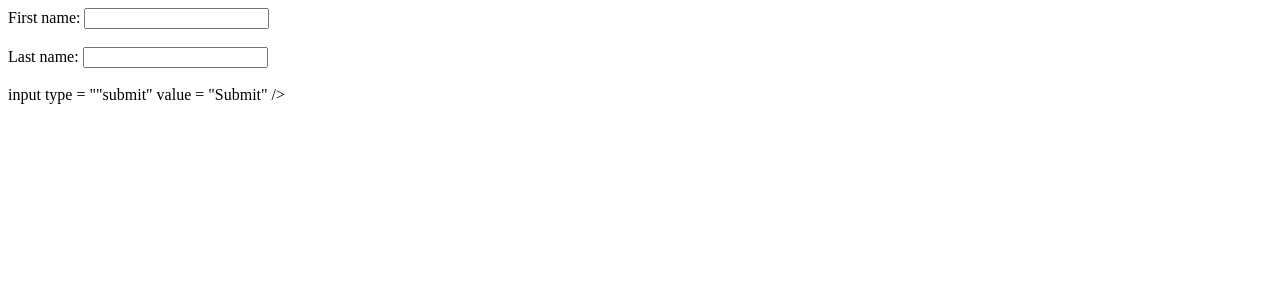
Repository: minnukanch/Spring-learners-code
Page: jspdemo/WebContent/student-checkbox-form.html
These files come from the project's save history. The page is drawn as it stood at one moment and after the next save; the edit follows.
The browser window is 1280 px wide. The pictures show the whole page.

Above is the page before, as saved 2019-09-25 21:19:45.

After the next save:
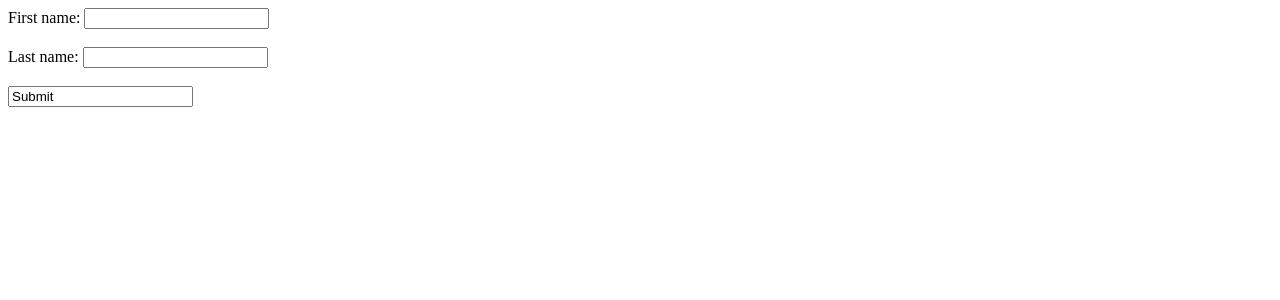
Saved 57 s later.
--- a/jspdemo/WebContent/student-checkbox-form.html
+++ b/jspdemo/WebContent/student-checkbox-form.html
@@ -14,7 +14,7 @@
 
 	<br/></br>
 
-	input type = ""submit" value = "Submit" />
+	<input type = ""submit" value = "Submit" />
 
 </form>
 
